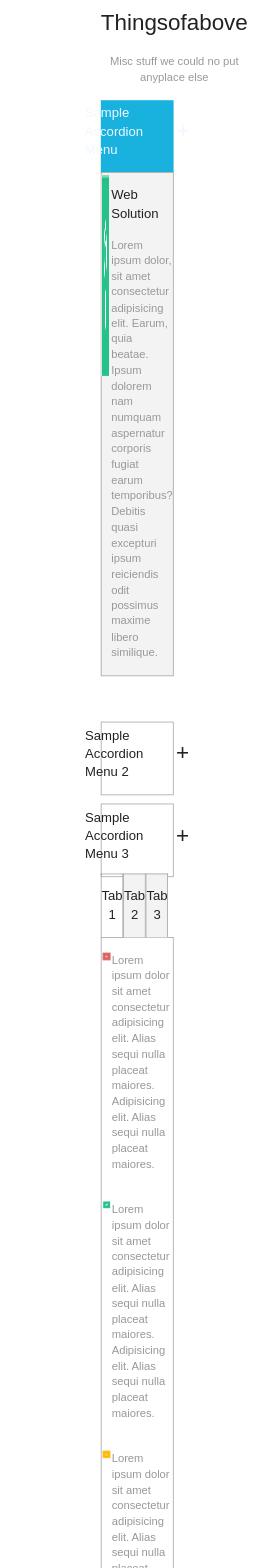
Repository: anoncoderin/madhu_kushal_html_layout
Page: metrosite_week4hw/index.html
An editor plug-in stored every save of this project. The page is shown before and after the next save, followed by the edit.
The browser window is 375 px wide. The page is 386 px wide, so the pictures cover 386 px, including what lies to the right of the window. The pictures show the part of the page from y = 3840 to 6080 px (the page is 8279 px tall), at 70% of full size.

Above is the page before, as saved 2023-02-04 20:51:11.

After the next save:
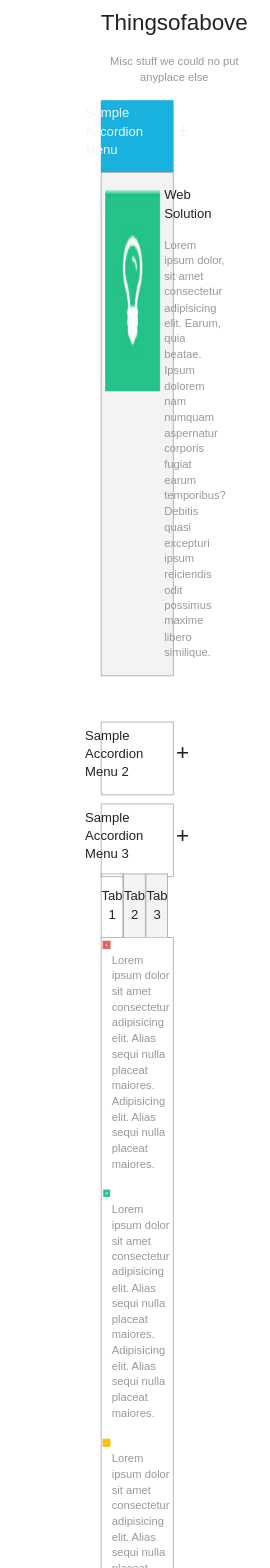
Saved 11 s later.
--- a/metrosite_week4hw/css/main.css
+++ b/metrosite_week4hw/css/main.css
@@ -192,8 +192,8 @@
 }
 
 .sampleaccord {
-  grid-template-columns: 1fr 3fr;
-  display: grid;
+  display: flex;
+  gap: 5%;
 }
 
 .tabs {
@@ -257,13 +257,12 @@
   margin: 0 auto;
 }
 
-.alchemyicons {
+..alchemyicons {
   width: 82%;
   margin-top: 138%;
   margin-left: 6%;
-}
-
-}
+
+  }
   /* Medium and up */
   @media screen and (min-width: 40em) {
     .rowss {
